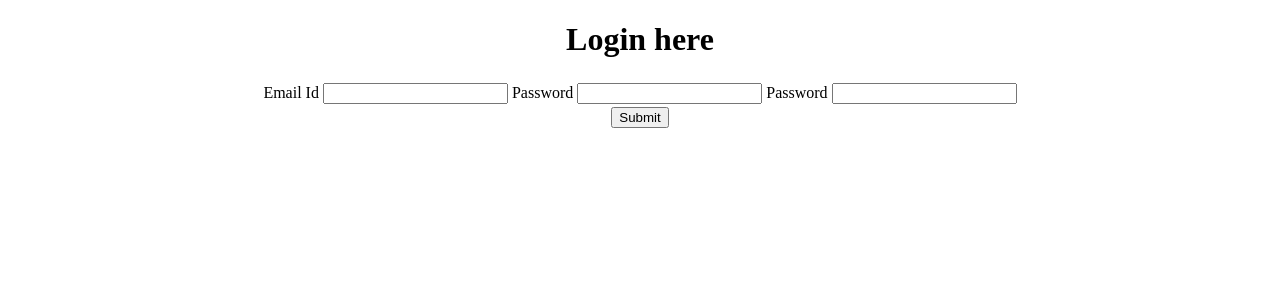
Repository: pawankas/Java_Mini_Project
Page: http://localhost/AirReservation/Login
These files come from the project's save history. The page is drawn as it stood at one moment and after the next save; the edit follows.
The browser window is 1280 px wide. The pictures show the whole page.
The page is served by Tomcat 9. Other server files are loaded and not shown.

Above is the page before, as saved 2022-03-14 03:16:29.

### final/AirReservation/WebContent/loginuser.jsp
<%@ page language="java" contentType="text/html; charset=ISO-8859-1"
	pageEncoding="ISO-8859-1"%>
<!DOCTYPE html>
<html>
<head>
<meta charset="ISO-8859-1">
<title>Insert title here</title>
</head>
<body>
	<div align="center">
		<h1>Login here</h1>
		<form action="<%=request.getContextPath()%>/Login" method="post">
			<table style="with: 80%">
				<tr>
					<td>Email Id</td>
					<td><input type="text" name="emailid" /></td>
					<td>Password</td>
					<td><input type="Password" name="password" /></td>
					<td>Password</td>
					<td><input type="Password" name="password" /></td>
				</tr>
			</table>
			<input type="submit" value="Submit" />
		</form>
	</div>
</body>
</html>

### final/AirReservation/src/com/cybage/controller/UserLogin.java
package com.cybage.controller;

import java.io.IOException;

import javax.servlet.RequestDispatcher;
import javax.servlet.ServletException;
import javax.servlet.annotation.WebServlet;
import javax.servlet.http.HttpServlet;
import javax.servlet.http.HttpServletRequest;
import javax.servlet.http.HttpServletResponse;
import javax.servlet.http.HttpSession;

import com.cybage.dao.LoginDao;
import com.cybage.model.User;

/**
 * Servlet implementation class LoginServlet
 */
@WebServlet("/Login")
public class UserLogin extends HttpServlet {
	private static final long serialVersionUID = 1L;

	protected void doGet(HttpServletRequest request, HttpServletResponse response) throws ServletException, IOException {
		RequestDispatcher rd=request.getRequestDispatcher("loginuser.jsp");
		rd.forward(request, response);
	}

	/**
	 * @see HttpServlet#doPost(HttpServletRequest request, HttpServletResponse response)
	 */
	protected void doPost(HttpServletRequest request, HttpServletResponse response) throws ServletException, IOException {
		LoginDao loginDao = new LoginDao();

		String emailid = request.getParameter("emailid");
		String password = request.getParameter("password");
		String role = request.getParameter("role");
		User u=loginDao.getUser(emailid, password, role);
		if(u==null) {
			request.setAttribute("text", "Unsuccessful login");
			System.out.println("Error Login in");
		}
		if(u.getRole() == "Admin" && u.getPassword() == "Password"){
			request.setAttribute("text", "Successful login");
			RequestDispatcher rd=request.getRequestDispatcher("FlightList.jsp");
			System.out.println("Admin Logged in Successfully!");
			rd.forward(request, response);
		} {
			request.setAttribute("text", "Successful login");
			RequestDispatcher rd=request.getRequestDispatcher("Home.jsp");
			System.out.println("User Logged in Successfully!");
		}

//		RequestDispatcher rd=request.getRequestDispatcher("Home.jsp");


		System.out.println(u);


	}

}

After the next save:
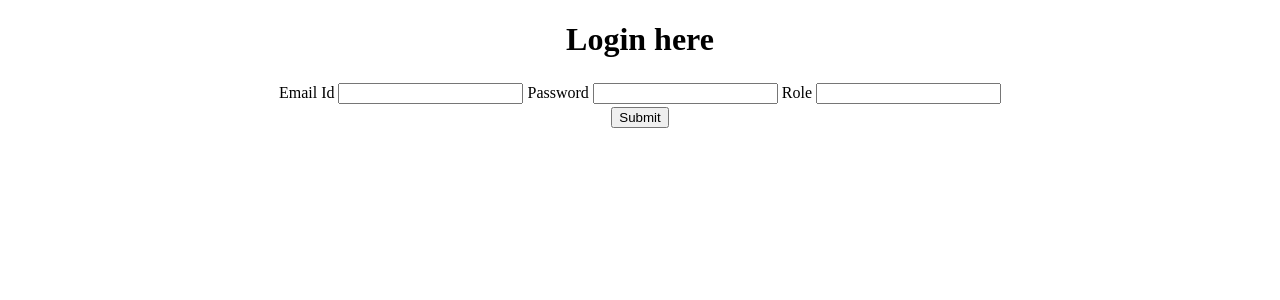
Saved 19 s later.
--- a/final/AirReservation/WebContent/loginuser.jsp
+++ b/final/AirReservation/WebContent/loginuser.jsp
@@ -16,8 +16,8 @@
 					<td><input type="text" name="emailid" /></td>
 					<td>Password</td>
 					<td><input type="Password" name="password" /></td>
-					<td>Password</td>
-					<td><input type="Password" name="password" /></td>
+					<td>Role</td>
+					<td><input type="Role" name="role" /></td>
 				</tr>
 			</table>
 			<input type="submit" value="Submit" />
